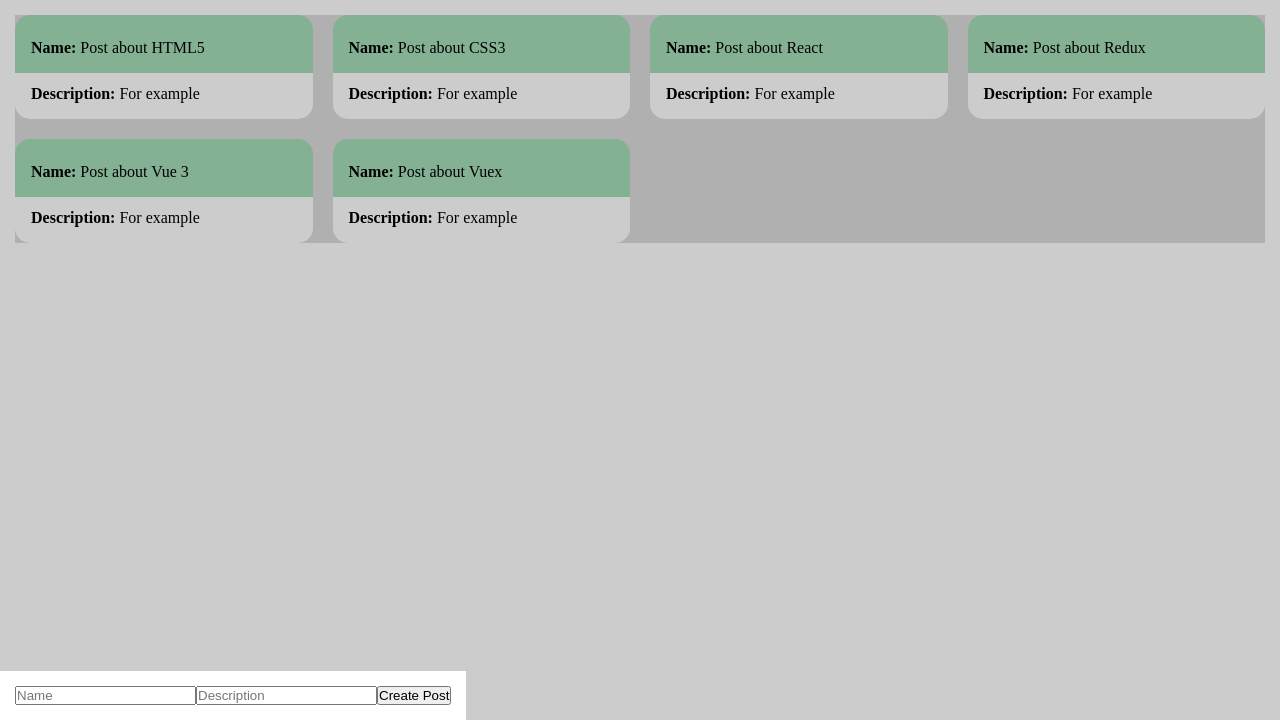
Repository: Axeliriya/vue-todo
Page: /
An editor plug-in stored every save of this project. The page is shown before and after the next save, followed by the edit.
The browser window is 1280 px wide. The pictures show the whole page.
The project was rebuilt for these pictures with package versions that can differ from the ones it lists, and the page was loaded fresh each time. Also part of the build but not shown: vue.config.js.

Above is the page before, as saved 2022-04-01 17:18:17.

### public/index.html
<!DOCTYPE html>
<html lang="">
  <head>
    <meta charset="utf-8">
    <meta name="viewport" content="width=device-width,initial-scale=1.0">
    <link rel="icon" href="<%= BASE_URL %>favicon.ico">
    <title>Todo</title>
  </head>
  <body>
    <div id="app"></div>
  </body>
</html>

### src/App.vue
<template>
  <div class="app">
    <div class="overlay">
      <div class="modal">
        <form class="form">
          <input class="input" type="text" placeholder="Name" />
          <input class="input" type="text" placeholder="Description" />
          <button>Create Post</button>
        </form>
      </div>
    </div>
    <ul class="posts">
      <li class="post" v-for="post in posts">
        <div class="post__name"><strong>Name: </strong>{{ post.title }}</div>
        <div class="post__description">
          <strong>Description: </strong>{{ post.body }}
        </div>
      </li>
    </ul>
  </div>
</template>

<script>
export default {
  data() {
    return {
      posts: [
        { id: Date.now(), title: 'Post about HTML5', body: 'For example' },
        { id: Date.now() + 1, title: 'Post about CSS3', body: 'For example' },
        { id: Date.now() + 2, title: 'Post about React', body: 'For example' },
        { id: Date.now() + 3, title: 'Post about Redux', body: 'For example' },
        { id: Date.now() + 4, title: 'Post about Vue 3', body: 'For example' },
        { id: Date.now() + 5, title: 'Post about Vuex', body: 'For example' },
      ],
    };
  },
  methods: {},
};
</script>

<style>
* {
  margin: 0;
  padding: 0;
  box-sizing: border-box;
}

ul {
  list-style-type: none;
}

img {
  display: block;
  width: 100%;
  height: auto;
}

.app {
  padding: 15px;
}

.overlay {
  position: fixed;
  top: 0;
  left: 0;
  width: 100%;
  height: 100vh;
  background-color: rgb(0, 0, 0, 0.2);
  display: flex;
}

.modal {
  padding: 15px;
  background-color: #fff;
  align-self: flex-end;
}

.posts {
  display: grid;
  grid-template-columns: repeat(4, 1fr);
  gap: 20px;
  background-color: gainsboro;
}

.post {
  border-radius: 15px;
}

.post__name {
  padding: 24px 16px 16px 16px;
  border-radius: 15px 15px 0 0;
  background-color: #a5ddb8;
}

.post__description {
  padding: 12px 16px 16px 16px;
  border-radius: 0 0 15px 15px;
  background-color: #ffffff;
}
</style>

Loaded but not shown: src/main.js (common file)

After the next save:
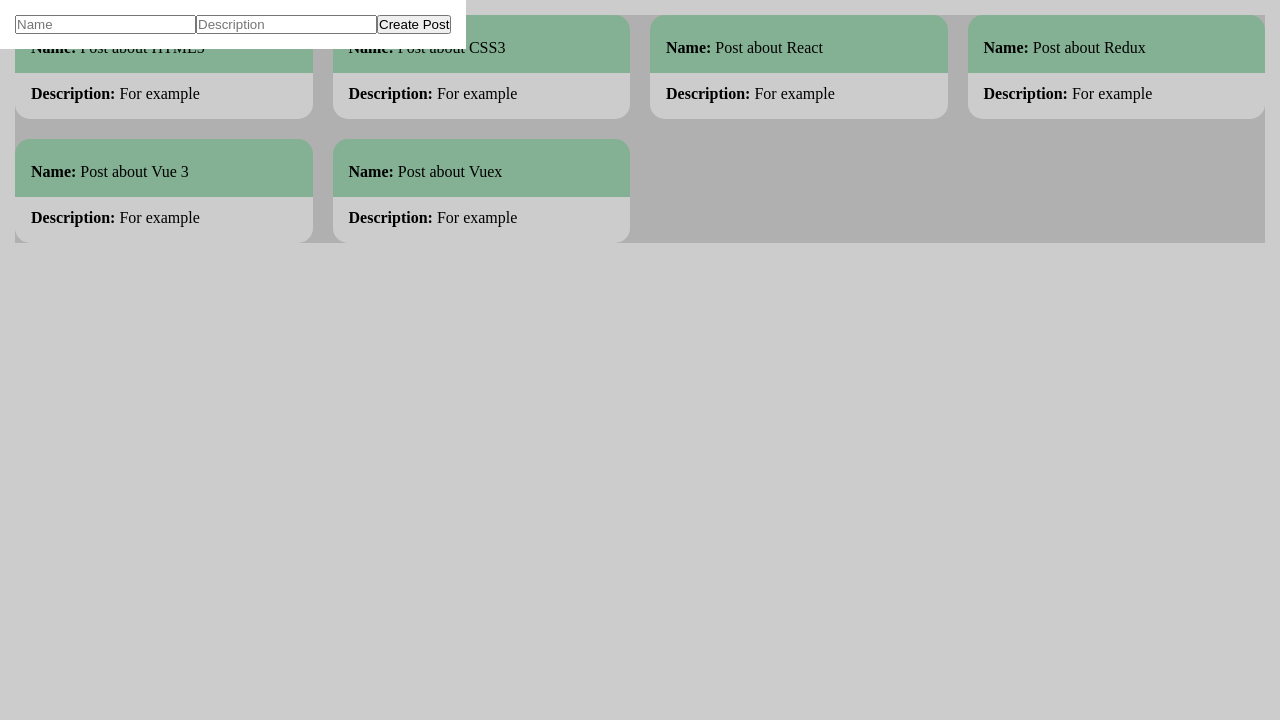
Saved 12 s later.
--- a/src/App.vue
+++ b/src/App.vue
@@ -72,7 +72,7 @@
 .modal {
   padding: 15px;
   background-color: #fff;
-  align-self: flex-end;
+  align-self: flex-start;
 }
 
 .posts {
